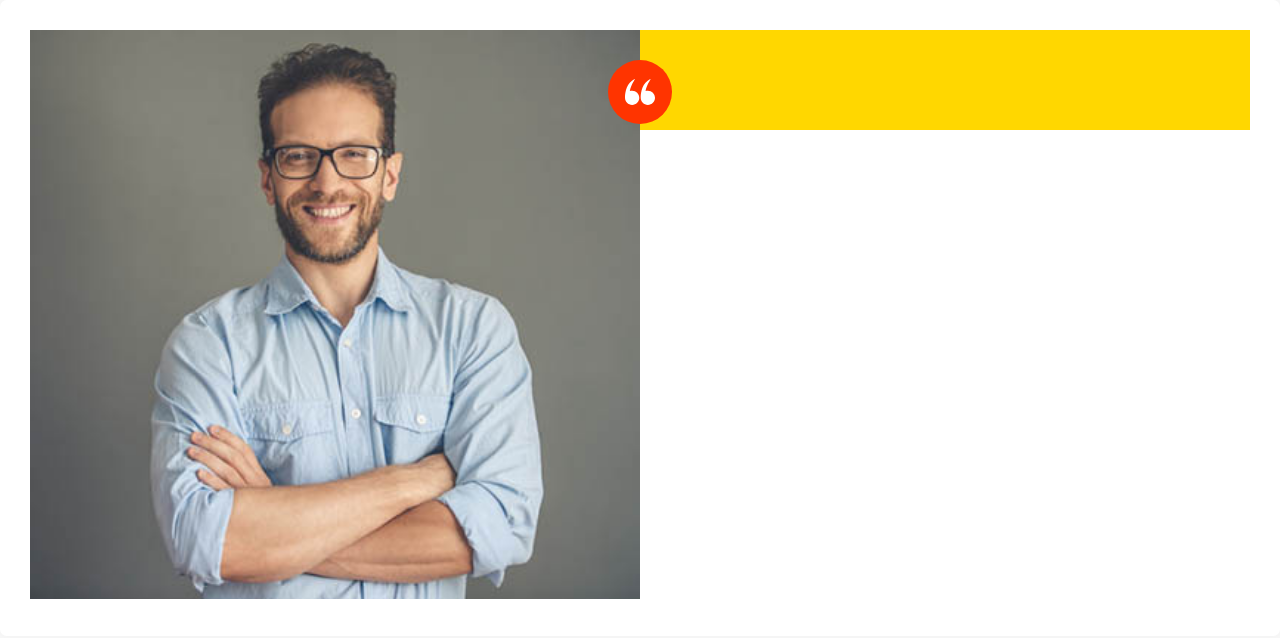
Repository: LeonUIO/first_website
Page: index.html
The author's editor kept a copy of each file at every save. The page is drawn from the files as they stood at one save, then again after the next save.
The browser window is 1280 px wide. The pictures show the whole page.

Above is the page before, as saved 2021-04-05 12:37:49.

### index.html
<!DOCTYPE html>
<html lang="en">
  <head>
    <meta charset="UTF-8" />
    <meta
      name="viewport"
      content="width=device-width, user-scalable=no, initial-scale=1.0, maximum-scale=1.0, minimum-scale=1.0"
    />
    <meta http-equiv="X-UA-Compatible" content="ie=edge" />
    <title>Document</title>
    <link rel="stylesheet" href="css/normalize.css" />
    <link rel="stylesheet" href="css/styles.css" />
  </head>
  <body>
    <div class="card testimonial">
      <div class="grid grid--cols-2">
        <div class="testimonial__image">
          <img src="./images/testimonial.jpg" alt="A happy man." />
          <span class="icon-container icon-container--accent">
            <svg class="icon icon--white icon--small">
              <use xlink:href="images/sprite.svg#quotes"></use>
            </svg>
          </span>
        </div>
        <div style="height: 100px; background: gold"></div>
      </div>
    </div>
  </body>
</html>

### css/styles.css
:root {
  --color-primary: #2584ff;
  --color-secondary: #00d9ff;
  --color-accent: #ff3400;
  --color-headings: #1b0760;
  --color-body: #918ca4;
  --color-body-darker: #5c5577;
  --color-border: #ccc;
  --border-radius: 30px;
}

*,
*::after,
*::before {
  box-sizing: border-box;
}

/* Typography */
html {
  font-size: 62.5%;
}

body {
  font-family: Inter, arial, helvetica, sans-serif;
  color: var(--color-body);
  font-size: 2.4rem;
  line-height: 1.5;
}

h1,
h2,
h3 {
  color: var(--color-headings);
  margin-bottom: 1rem;
}

h1 {
  font-size: 7rem;
}

h2 {
  font-size: 4rem;
}

h3 {
  font-size: 3rem;
}

@media screen and (min-width: 1024px) {
  body {
    font-size: 1.8rem;
  }

  h1 {
    font-size: 8rem;
  }

  h2 {
    font-size: 4rem;
  }

  h3 {
    font-size: 2.4rem;
  }
}

/* Links */
a {
  text-decoration: none;
}

.link-arrow {
  color: var(--color-accent);
  font-size: 2rem;
  font-weight: bold;
}

.link-arrow::after {
  content: "-->";
  margin-left: 5px;
  transition: margin-left 0.15s;
}

.link-arrow:hover::after {
  margin-left: 10px;
}

@media screen and (min-width: 1024px) {
  .link-arrow {
    font: size 1.5em;
  }
}

/* Badges */
.badge {
  white-space: nowrap;
  padding: 0.5rem 2rem;
  font-weight: 600;
  border-radius: 20px;
  font-size: 2rem;
}

.badge--primary {
  background: var(--color-primary);
  color: #fff;
}

.badge--secondary {
  background: var(--color-secondary);
  color: #fff;
}

.badge--small {
  font-size: 1.6rem;
}

@media screen and (min-width: 1024px) {
  .badge {
    font-size: 1.5rem;
  }

  .badge--small {
    font-size: 1.2rem;
  }
}

/* Lists */
.list {
  list-style: none;
  color: var(--color-headings);
  padding-left: 0;
}

.list--inline .list__item {
  display: inline-block;
  margin-right: 2rem;
}

.list--tick {
  list-style-image: url(../images/tick.svg);
  padding-left: 3rem;
}

.list--tick .list__item {
  margin-bottom: 1rem;
  padding-left: 0.5rem;
}

@media screen and (min-width: 1024px) {
  .list--tick .list__item {
    padding-left: 0;
  }
}

/* Icons */
.icon {
  width: 40px;
  height: 40px;
}

.icon--small {
  width: 30px;
  height: 30px;
}

.icon--primary {
  fill: var(--color-primary);
}

.icon--white {
  fill: #fff;
}

.icon-container {
  width: 64px;
  height: 64px;
  border-radius: 100%;
  background: #f3f9fa;
  display: inline-flex;
  justify-content: center;
  align-items: center;
}

.icon-container--accent {
  background: var(--color-accent);
}

/* Buttons */
.btn {
  border-radius: 40px;
  border: 0;
  cursor: pointer;
  font-size: 1.8rem;
  font-weight: 600;
  margin: 1rem 0;
  padding: 2rem 3rem;
  text-transform: uppercase;
  text-align: center;
  white-space: nowrap;
}

.btn--primary {
  background: var(--color-primary);
  color: #fff;
}

.btn--primary:hover {
  background: #3a8ffd;
}

.btn--secondary {
  background: var(--color-secondary);
  color: #fff;
}

.btn--secondary:hover {
  background: #00c8eb;
}

.btn--accent {
  background: var(--color-accent);
  color: #fff;
}

.btn--accent:hover {
  background: #ec3000;
}

.btn--block {
  width: 100%;
  display: inline-block;
}

.btn--outline {
  background: #fff;
  color: var(--color-headings);
  border: 2px solid var(--color-headings);
}

.btn--outline:hover {
  background: var(--color-headings);
  color: #fff;
}

@media screen and (min-width: 1024px) {
  .btn {
    font-size: 1.5rem;
  }
}

/* Inputs */
.input {
  border-radius: var(--border-radius);
  border: 1px solid var(--color-border);
  color: var(--color-headings);
  font-size: 2rem;
  outline: 0;
  padding: 1.5rem 3.5rem;
}

::placeholder {
  color: #cdcbd7;
}

.input-group {
  border-radius: var(--border-radius);
  border: 2px solid var(--color-border);
  display: flex;
}

.input-group .input {
  border: 0;
  flex-grow: 1;
  padding: 1.5rem 1rem;
}

.input-group .btn {
  margin: 4px;
}

@media screen and (min-width: 1024px) {
  .input {
    font-size: 1.5rem;
  }
}

/* Cards */
.card {
  border-radius: 7px;
  box-shadow: 0 0 20px 10px #f3f3f3;
  overflow: hidden;
}

.card__header,
.card__body {
  padding: 2rem 3rem;
}

.card--primary .card__header {
  background: var(--color-primary);
  color: #fff;
}

.card--secondary .card__header {
  background: var(--color-secondary);
  color: #fff;
}

/* Plans */
.plan__name {
  color: #fff;
  margin: 0;
  font-weight: 500;
  font-size: 2.4rem;
}

.plan__price {
  font-size: 6rem;
}

.plan__billing-cycle {
  font-size: 2.4rem;
  font-weight: 300;
  opacity: 0.8;
  margin-right: 1rem;
}

.plan__description {
  font-size: 2rem;
  font-weight: 300;
  letter-spacing: 1px;
  display: block;
}

.plan .list__item {
  margin-bottom: 2rem;
}

.plan--popular .card__header {
  position: relative;
}

.plan--popular .card__header::before {
  content: url(../images/popular.svg);
  width: 40px;
  display: inline-block;
  position: absolute;
  top: -6px;
  right: 5%;
}

@media screen and (min-width: 1024px) {
  .plan__name {
    font-size: 1.4rem;
  }

  .plan__price {
    font-size: 5rem;
  }

  .plan__billing-cycle {
    font-size: 1.6rem;
  }

  .plan__description {
    font-size: 1.7rem;
  }
}

/* Media */
.media {
  display: flex;
}

.media__title {
  margin-top: 0;
}

.media__body {
  margin: 0 2rem;
}

.media__image {
  margin-top: 1rem;
}

/* Quotes */
.quote {
  font-size: 3rem;
  color: var(--color-body-darker);
  font-style: italic;
  line-height: 1.3;
}

.quote__text::before {
  content: open-quote;
}

.quote__text::after {
  content: close-quote;
}

.quote__footer {
  font-style: normal;
}

.quote--line {
  position: relative;
  bottom: 10px;
}

.quote__author {
  font-size: 3rem;
  font-weight: 500;
  margin-bottom: 0;
}

.quote__company {
  color: var(--color-headings);
  margin-top: 0;
  font-size: 2rem;
  opacity: 0.4;
}

@media screen and (min-width: 1024px) {
  .quote {
    font-size: 2rem;
  }

  .quote__author {
    font-size: 2.4rem;
  }

  .quote__company {
    font-size: 1.6rem;
  }
}

/* Grids */
.grid {
  display: grid;
}

@media screen and (min-width: 768px) {
  .grid--cols-2 {
    grid-template-columns: repeat(2, 1fr);
  }
}
@media screen and (min-width: 1024px) {
  .grid--cols-3 {
    grid-template-columns: repeat(3, 1fr);
  }
}

/* Testimonial */
.testimonial {
  padding: 3rem;
}

.testimonial__image > img {
  width: 100%;
}

.testimonial__image {
  position: relative;
}

.testimonial__image > .icon-container {
  position: absolute;
  top: 3rem;
  right: -32px;
}

Loaded but not shown: css/normalize.css (library)

After the next save:
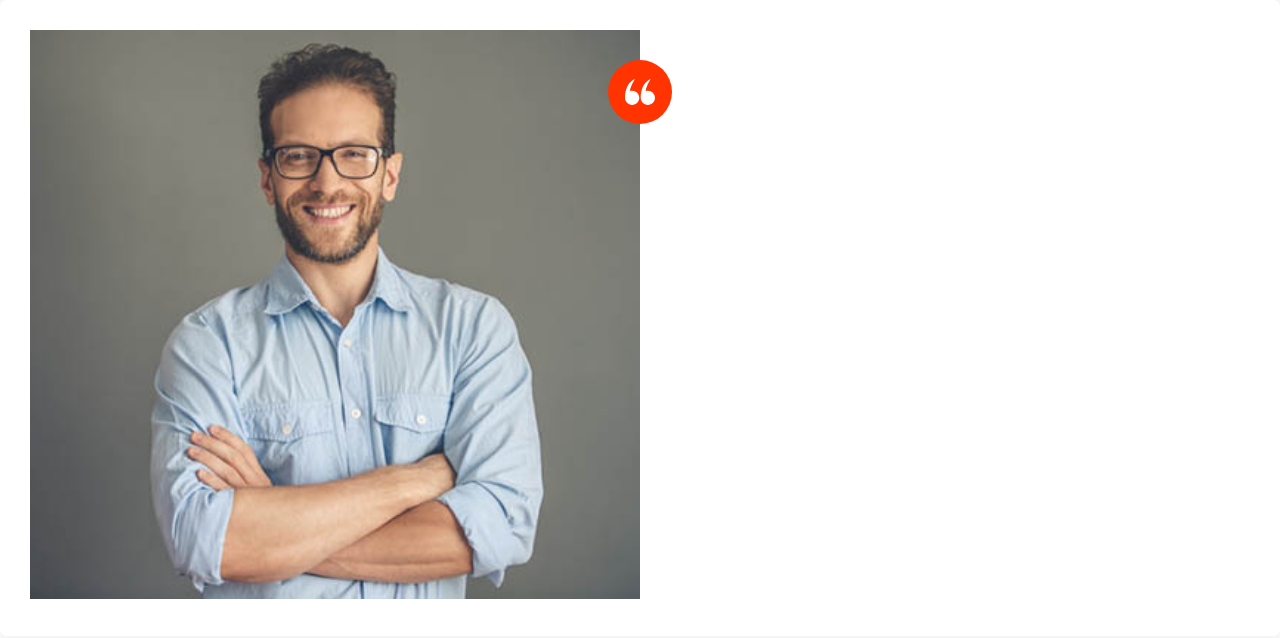
Saved 9 s later.
--- a/index.html
+++ b/index.html
@@ -22,7 +22,6 @@
             </svg>
           </span>
         </div>
-        <div style="height: 100px; background: gold"></div>
       </div>
     </div>
   </body>
